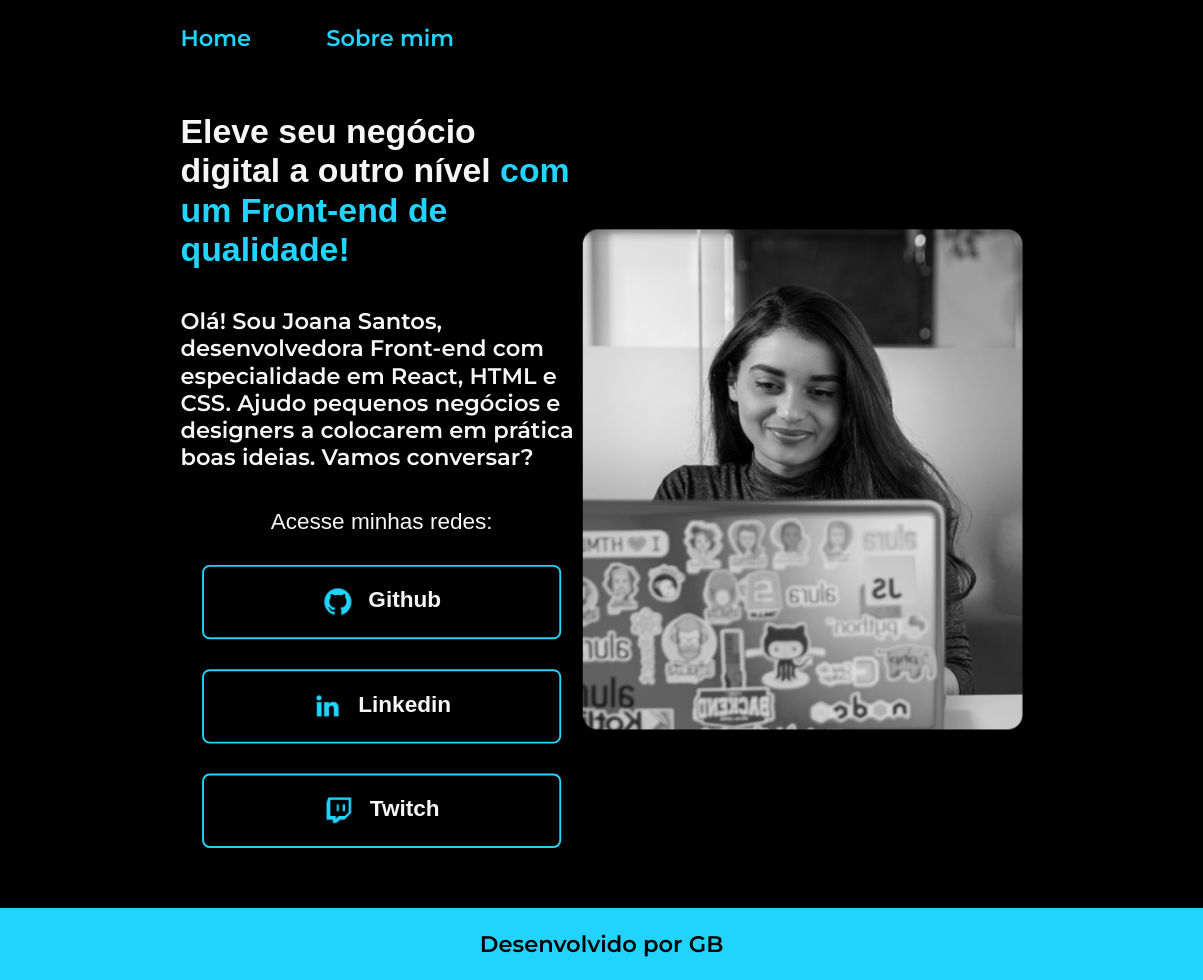
Repository: YoungAkira/CursoHtmlCss
Page: index.html
These files come from the project's save history. The page is drawn as it stood at one moment and after the next save; the edit follows.
The browser window is 1280 px wide. The pictures show the whole page, at 94% of full size.
Some web fonts or font styles are not loaded; a fallback is used.

Above is the page before, as saved 2023-05-16 15:21:01.

After the next save:
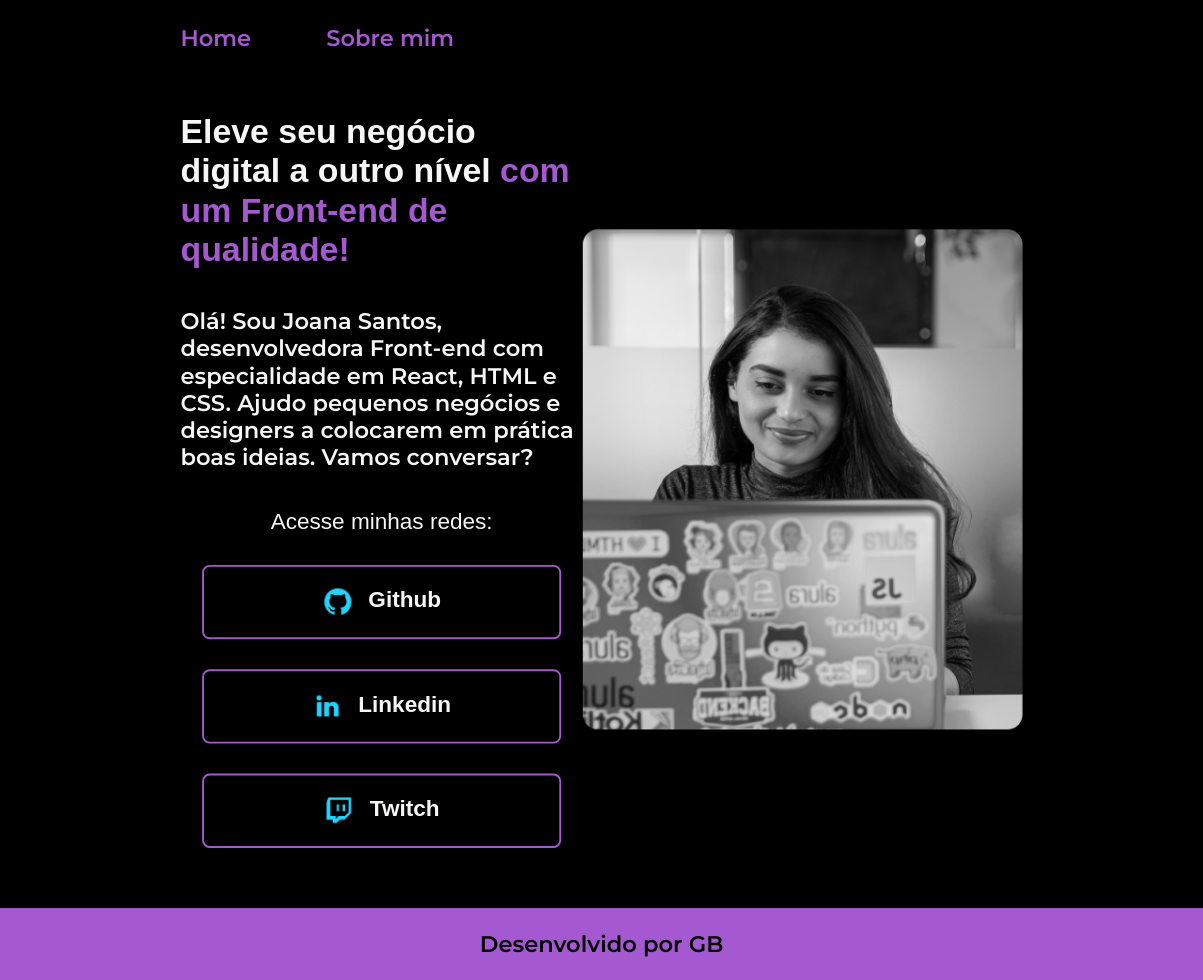
Saved 7 s later.
--- a/style/style.css
+++ b/style/style.css
@@ -4,7 +4,7 @@
 :root{
     --cor-primaria: #000000;
     --cor-secundaria:#F6F6F6;
-    --cor-terciaria: #22D4FD;
+    --cor-terciaria: #A459D1 ;
     --cor-hover:#272727;
 
     --fonte-primaria: 'Krona One', sans-serif;
